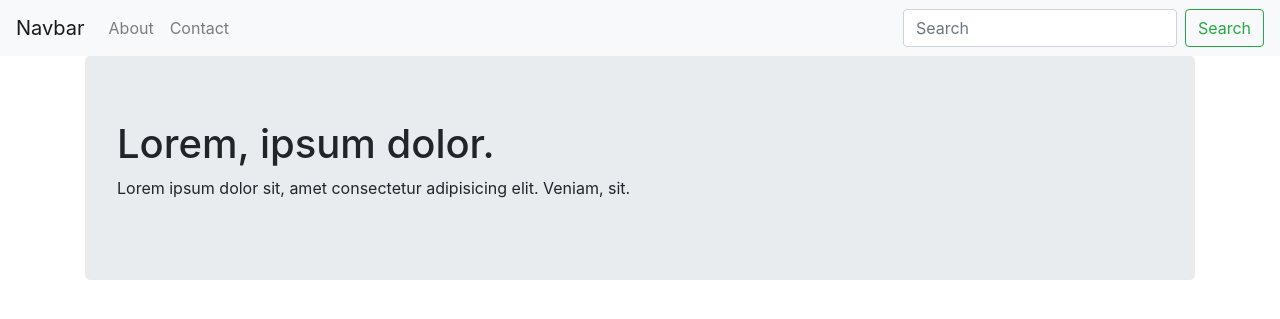
Repository: Mietlicha/exercise2
Page: index.html
An editor plug-in stored every save of this project. The page is shown before and after the next save, followed by the edit.
The browser window is 1280 px wide. The pictures show the whole page.

Above is the page before, as saved 2019-10-22 20:46:54.

### index.html
<!DOCTYPE html>
<html lang="en">

<head>
    <meta charset="UTF-8">
    <meta name="viewport" content="width=device-width, initial-scale=1.0">
    <meta http-equiv="X-UA-Compatible" content="ie=edge">
    <title>Document</title>
    <link rel="stylesheet" href="https://stackpath.bootstrapcdn.com/bootstrap/4.3.1/css/bootstrap.min.css"
        integrity="sha384-ggOyR0iXCbMQv3Xipma34MD+dH/1fQ784/j6cY/iJTQUOhcWr7x9JvoRxT2MZw1T" crossorigin="anonymous">
    <link rel="stylesheet" href="style.css">

</head>

<body>
       <nav class="navbar navbar-expand-lg navbar-light bg-light">
            <a class="navbar-brand" href="#">Navbar</a>
            <button class="navbar-toggler" type="button" data-toggle="collapse" data-target="#navbarSupportedContent" aria-controls="navbarSupportedContent" aria-expanded="false" aria-label="Toggle navigation">
              <span class="navbar-toggler-icon"></span>
            </button>

            <div class="collapse navbar-collapse" id="navbarSupportedContent">
              <ul class="navbar-nav mr-auto">
                    <li class="nav-item">
                    <a class="nav-link" href="#">About</a>
                </li>
                <li class="nav-item">
                  <a class="nav-link" href="#">Contact</a>
                </li>
            </ul>
              <form class="form-inline my-2 my-lg-0">
                <input class="form-control mr-sm-2" type="search" placeholder="Search" aria-label="Search">
                <button class="btn btn-outline-success my-2 my-sm-0" type="submit">Search</button>
              </form>
            </div>
          </nav>

          <div class="container">
                <div class="jumbotron">
                    <h1>Lorem, ipsum dolor.</h1>
                    <p>Lorem ipsum dolor sit, amet consectetur adipisicing elit. Veniam, sit.</p>
                </div>
            </div>

        <script src="https://code.jquery.com/jquery-3.3.1.slim.min.js" integrity="sha384-q8i/X+965DzO0rT7abK41JStQIAqVgRVzpbzo5smXKp4YfRvH+8abtTE1Pi6jizo" crossorigin="anonymous"></script>
        <script src="https://cdnjs.cloudflare.com/ajax/libs/popper.js/1.14.7/umd/popper.min.js" integrity="sha384-UO2eT0CpHqdSJQ6hJty5KVphtPhzWj9WO1clHTMGa3JDZwrnQq4sF86dIHNDz0W1" crossorigin="anonymous"></script>
        <script src="https://stackpath.bootstrapcdn.com/bootstrap/4.3.1/js/bootstrap.min.js" integrity="sha384-JjSmVgyd0p3pXB1rRibZUAYoIIy6OrQ6VrjIEaFf/nJGzIxFDsf4x0xIM+B07jRM" crossorigin="anonymous"></script>
    </body>

</html>

Loaded but not shown: style.css (no stored copy; drawn as an empty file)

After the next save:
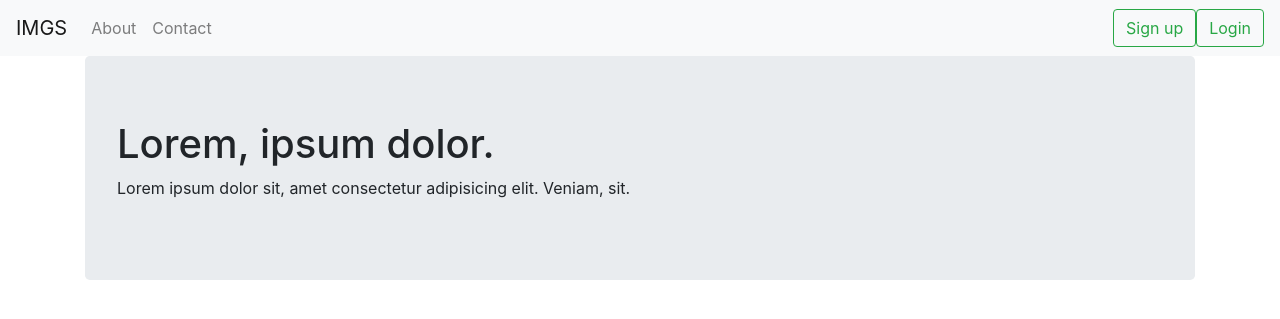
Saved 111 s later.
--- a/index.html
+++ b/index.html
@@ -14,11 +14,10 @@
 
 <body>
        <nav class="navbar navbar-expand-lg navbar-light bg-light">
-            <a class="navbar-brand" href="#">Navbar</a>
+            <a class="navbar-brand" href="#">IMGS</a>
             <button class="navbar-toggler" type="button" data-toggle="collapse" data-target="#navbarSupportedContent" aria-controls="navbarSupportedContent" aria-expanded="false" aria-label="Toggle navigation">
               <span class="navbar-toggler-icon"></span>
             </button>
-
             <div class="collapse navbar-collapse" id="navbarSupportedContent">
               <ul class="navbar-nav mr-auto">
                     <li class="nav-item">
@@ -29,8 +28,8 @@
                 </li>
             </ul>
               <form class="form-inline my-2 my-lg-0">
-                <input class="form-control mr-sm-2" type="search" placeholder="Search" aria-label="Search">
-                <button class="btn btn-outline-success my-2 my-sm-0" type="submit">Search</button>
+                <button class="btn btn-outline-success my-2 my-sm-0" type="submit">Sign up</button>
+                <button class="btn btn-outline-success my-2 my-sm-0" type="submit">Login</button>
               </form>
             </div>
           </nav>
